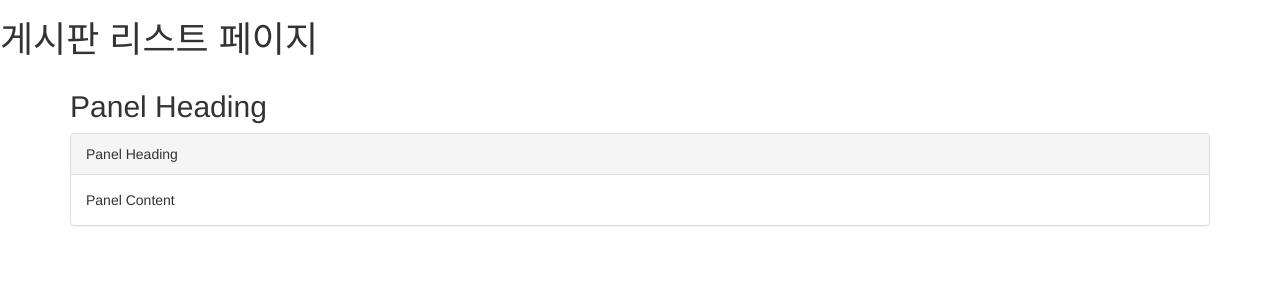
Repository: juhyun98/Spring
Page: http://localhost/SpringMVC01/boardList.do
An editor plug-in stored every save of this project. The page is shown before and after the next save, followed by the edit.
The browser window is 1280 px wide. The pictures show the whole page.
The page is served by Tomcat 9.

Above is the page before, as saved 2023-09-05 01:43:25.

After the next save:
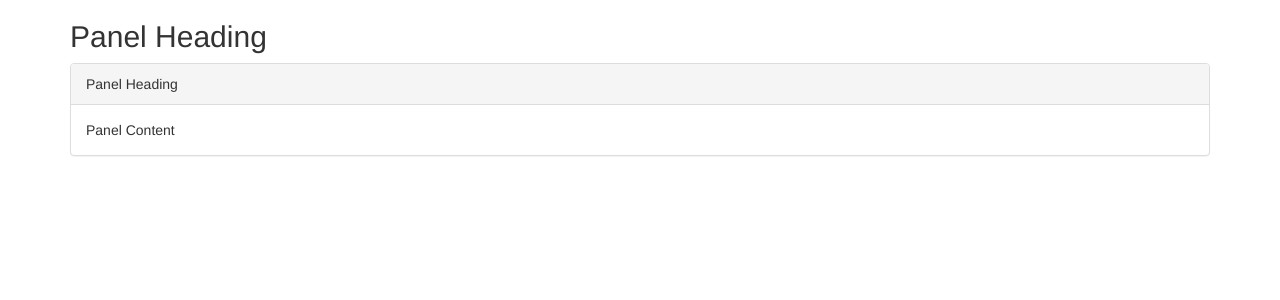
Saved 59 s later.
--- a/SpringMVC01/src/main/webapp/WEB-INF/views/boardList.jsp
+++ b/SpringMVC01/src/main/webapp/WEB-INF/views/boardList.jsp
@@ -13,13 +13,13 @@
 <title>Insert title here</title>
 </head>
 <body>
-	<h1>게시판 리스트 페이지</h1>
+
 	<div class="container">
-  <h2>Panel Heading</h2>
-  <div class="panel panel-default">
-    <div class="panel-heading">Panel Heading</div>
-    <div class="panel-body">Panel Content</div>
-  </div>
-</div>
+		<h2>Panel Heading</h2>
+		<div class="panel panel-default">
+			<div class="panel-heading">Panel Heading</div>
+			<div class="panel-body">Panel Content</div>
+		</div>
+	</div>
 </body>
 </html>
